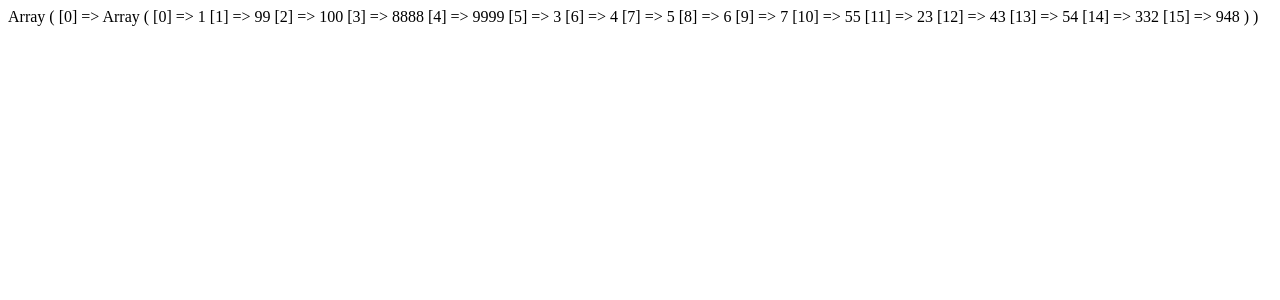
Repository: wangying713/algo
Page: http://localhost/13_sorts/RadixSort.php
These files come from the project's save history. The page is drawn as it stood at one moment and after the next save; the edit follows.
The browser window is 1280 px wide. The pictures show the whole page.
The page is run by PHP 8.4 with error messages shown; the project is at /var/www/html/.

Above is the page before, as saved 2020-02-21 17:47:46.

After the next save:
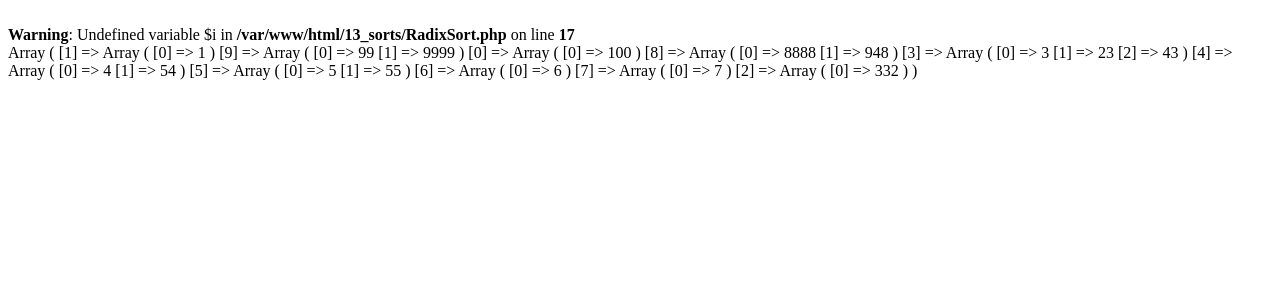
Saved 11 s later.
--- a/13_sorts/RadixSort.php
+++ b/13_sorts/RadixSort.php
@@ -14,7 +14,7 @@
         // for ($i = 0; $i < $maxCount; $i++) {
         //     static::countingSort($arr, $i);
         // }
-        static::countingSort($arr, 4);
+        static::countingSort($arr, $i);
 
     }
 

After the 2 saves that followed:
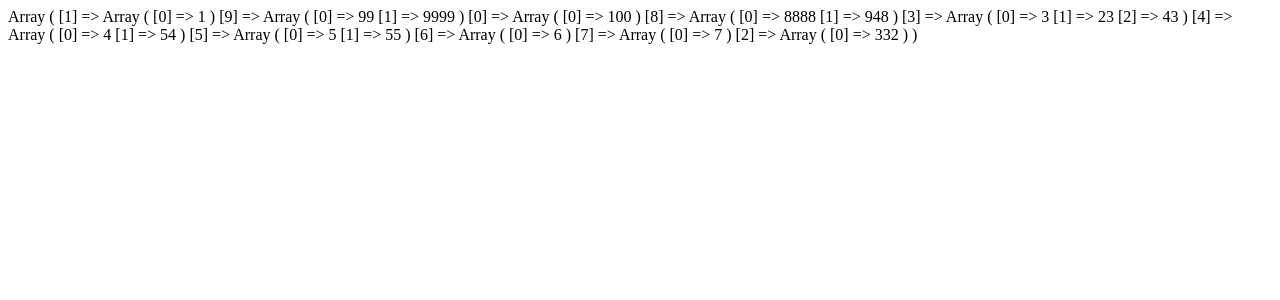
The 2 saves are shown as one change because they came seconds apart.
The last was saved 84 s later.
--- a/13_sorts/RadixSort.php
+++ b/13_sorts/RadixSort.php
@@ -11,10 +11,9 @@
     {
         $max = max($arr);
         $maxCount = strlen($max);
-        // for ($i = 0; $i < $maxCount; $i++) {
-        //     static::countingSort($arr, $i);
-        // }
-        static::countingSort($arr, $i);
+        for ($i = 0; $i < $maxCount; $i++) {
+            static::countingSort($arr, $i);
+        }
 
     }
 
